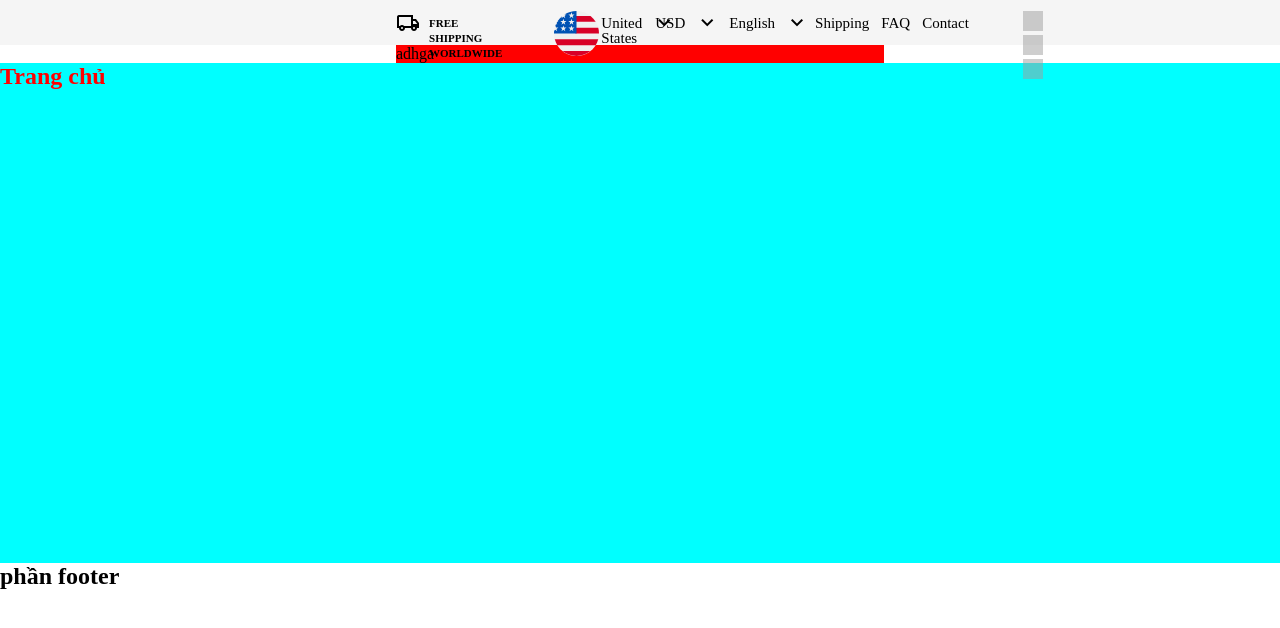
Repository: tatvanhco/shopper
Page: /
An editor plug-in stored every save of this project. The page is shown before and after the next save, followed by the edit.
The browser window is 1280 px wide. The pictures show the whole page.
Pictures or frames that could not be fetched are drawn as grey boxes. The project was rebuilt for these pictures with package versions that can differ from the ones it lists, and the page was loaded fresh each time.

Above is the page before, as saved 2022-09-24 13:44:45.

After the next save:
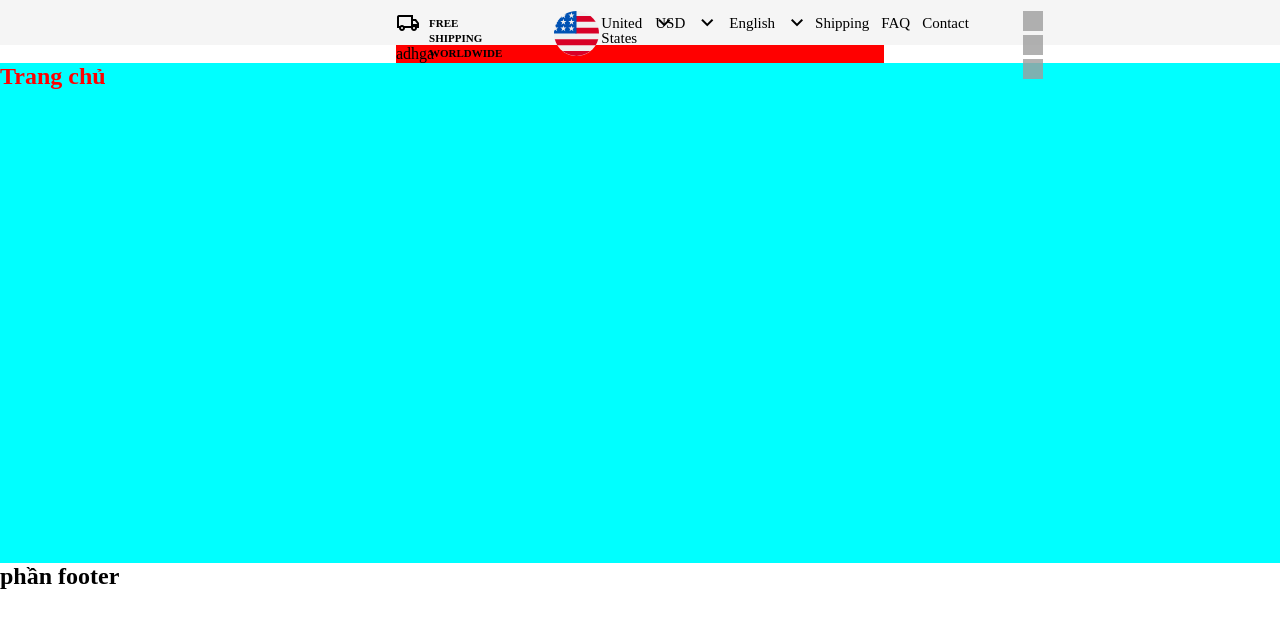
Saved 12 s later.
--- a/src/App.scss
+++ b/src/App.scss
@@ -21,7 +21,7 @@
 .img-icon {
     width: 20px;
     height: 20px;
-    opacity: 0.5;
+    opacity: 0.8;
 }
 
 .p-4p {
